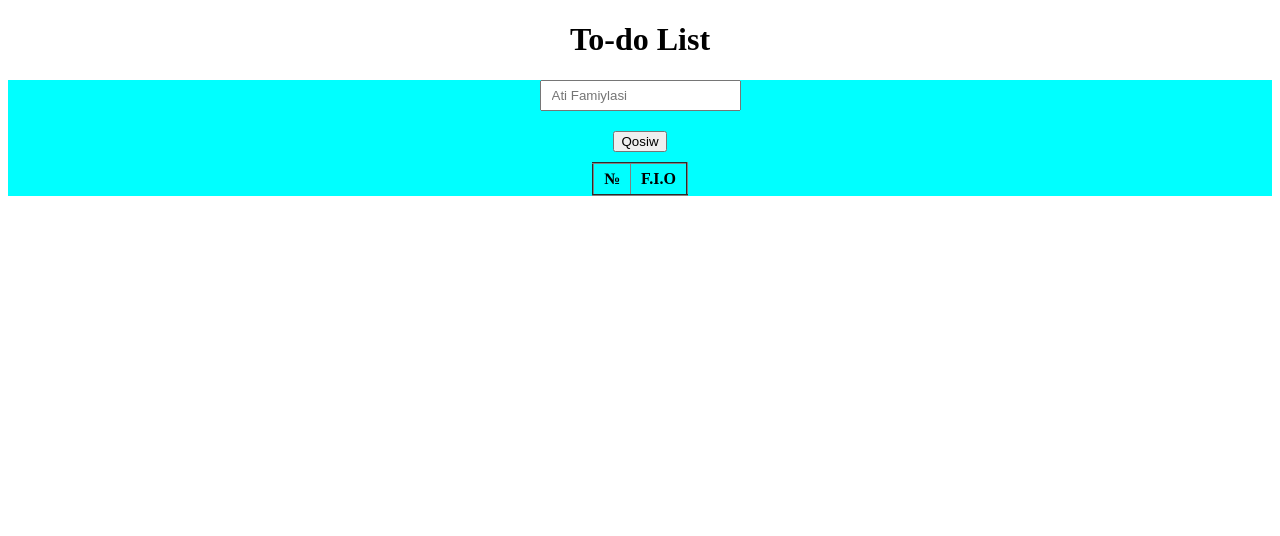
Repository: atamuratov777/my-to-do-list
Page: index.html
The author's editor kept a copy of each file at every save. The page is drawn from the files as they stood at one save, then again after the next save.
The browser window is 1280 px wide. The pictures show the whole page.

Above is the page before, as saved 2026-06-18 14:05:38.

After the next save:
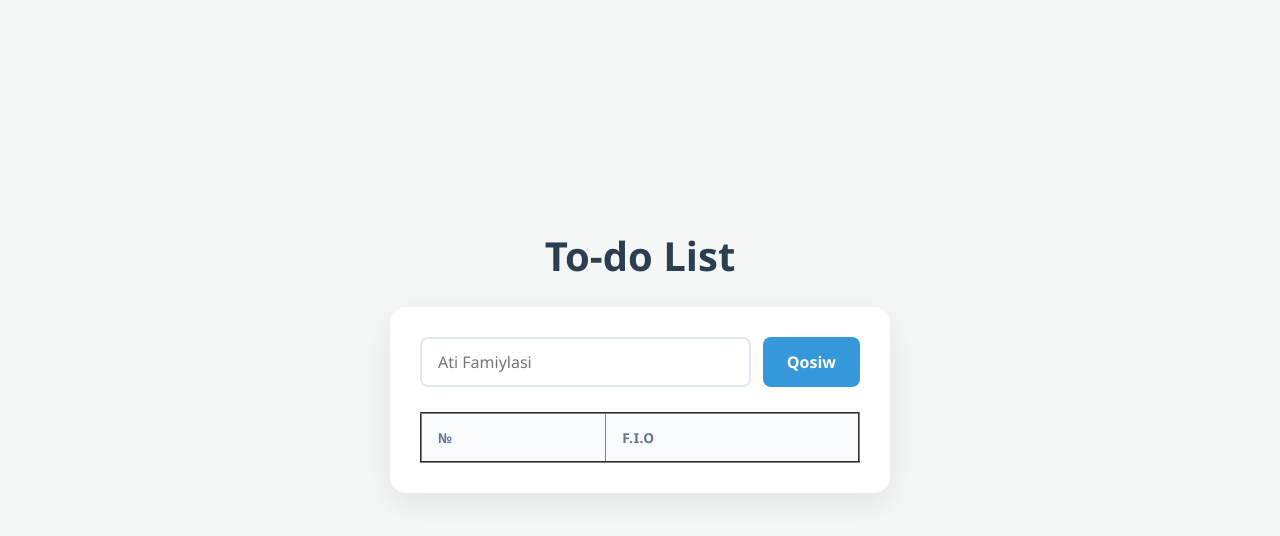
Saved 6 s later.
--- a/style.css
+++ b/style.css
@@ -1,39 +1,116 @@
-#ads{
-    width: 200px;
-    height: 200px;
-    background-color: aqua;
-}
-.card{
-    background-color: aqua;
-    width: 100%;
-    height: 100%;
-}
-h1{
-    text-align: center;
+/* Сброс базовых отступов и настройка шрифта */
+* {
+    margin: 0;
+    padding: 0;
+    box-sizing: border-box;
+    font-family: 'Segoe UI', Tahoma, Geneva, Verdana, sans-serif;
 }
 
-.forms{
+body {
+    background-color: #f4f7f6;
+    color: #333;
     display: flex;
+    flex-direction: column;
     align-items: center;
     justify-content: center;
-    flex-direction: column;
-    gap: 20px;
+    min-height: 100vh;
+    padding: 20px;
 }
 
-input{
-    padding: 6px 10px;
+h1 {
+    margin-bottom: 24px;
+    color: #2c3e50;
+    font-size: 2.5rem;
+    font-weight: 600;
 }
 
-table{
-    margin: 10px auto;
+/* Стилизация контейнера-карточки */
+.card {
+    background: #ffffff;
+    padding: 30px;
+    border-radius: 16px;
+    box-shadow: 0 10px 30px rgba(0, 0, 0, 0.08);
+    width: 100%;
+    max-width: 500px;
+}
+
+/* Форма ввода */
+.forms {
+    display: flex;
+    gap: 12px;
+    margin-bottom: 25px;
+}
+
+input {
+    flex: 1;
+    padding: 12px 16px;
+    border: 2px solid #e2e8f0;
+    border-radius: 8px;
+    font-size: 1rem;
+    outline: none;
+    transition: border-color 0.2s;
+}
+
+input:focus {
+    border-color: #3498db;
+}
+
+button {
+    padding: 12px 24px;
+    background-color: #3498db;
+    color: white;
+    border: none;
+    border-radius: 8px;
+    font-size: 1rem;
+    font-weight: 600;
+    cursor: pointer;
+    transition: background 0.2s, transform 0.1s;
+}
+
+button:hover {
+    background-color: #2980b9;
+}
+
+button:active {
+    transform: scale(0.98);
+}
+
+/* Таблица */
+table {
+    width: 100%;
     border-collapse: collapse;
+    margin-top: 10px;
+    text-align: left;
 }
-th{
-    padding: 6px 10px;
+
+th, td {
+    padding: 14px 16px;
+    border-bottom: 1px solid #edf2f7;
 }
-.trash{
+
+thead th {
+    background-color: #f8fafc;
+    color: #64748b;
+    font-size: 0.85rem;
+    text-transform: uppercase;
+    letter-spacing: 0.5px;
+    font-weight: 600;
+}
+
+tbody tr:hover {
+    background-color: #f8fafc;
+}
+
+/* Стили для иконки удаления */
+.trash {
     cursor: pointer;
-    transition: 0.5s;
+    text-align: center;
+    font-size: 1.1rem;
+    transition: transform 0.3s ease, color 0.2s;
+    user-select: none;
+}
 
+.trash:hover {
+    transform: scale(1.2);
+    color: #e74c3c;
 }
-.trash:hover{transform: rotate(360deg);}
